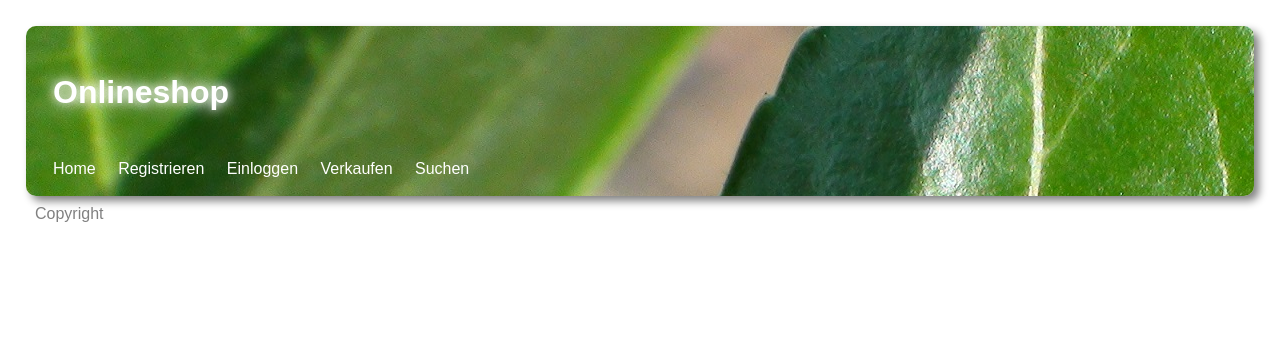
Repository: schoenfinkeln/onlineshopEE
Page: onlineshop-war/WebContent/index.html
An editor plug-in stored every save of this project. The page is shown before and after the next save, followed by the edit.
The browser window is 1280 px wide. The pictures show the whole page.

Above is the page before, as saved 2016-10-05 05:49:40.

### onlineshop-war/WebContent/index.html
<!DOCTYPE html>
<html>
    <head>
        <meta charset="UTF-8"/>
	<link rel="stylesheet" href="resources/css/styles.css">
       <title>Onlineshop</title>
    </head>
    <body>
        <header>
            <hgroup>
            <h1 class="title">Onlineshop</h1>
            </hgroup>
            <nav>
              <a href="index.html">Home</a>
              <a href="register.html">Registrieren</a>
              <a href="signin.html">Einloggen</a>
              <a href="sell.html">Verkaufen</a>
              <a href="search.html">Suchen</a>
            </nav>
	</header>

	<footer>
            Copyright
	</footer>
    </body>
</html>

### onlineshop-war/WebContent/resources/css/styles.css
* {
  font-family: sans-serif;
  padding: 9px;
  color: gray;
}
body > header {
  background: url("../img/tau.jpg");
  border-radius: 10px;
  box-shadow: 5px 5px 9px gray;
}
a {
  color: white;
  text-decoration: none;
}
a:hover, h1.title {
  color: white;
  text-shadow: 0 0 10px white, 0 0 20px white;
}

After the next save:
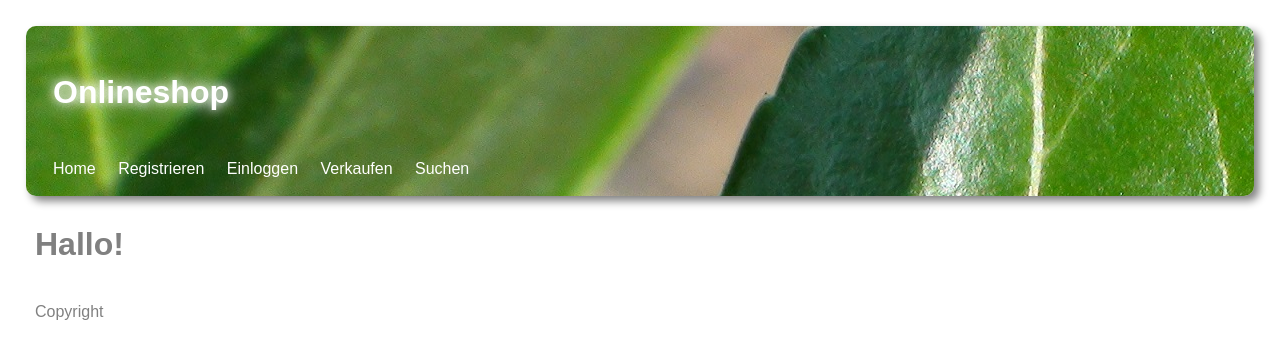
Saved 2 min 56 s later.
--- a/onlineshop-war/WebContent/index.html
+++ b/onlineshop-war/WebContent/index.html
@@ -18,7 +18,7 @@
               <a href="search.html">Suchen</a>
             </nav>
 	</header>
-
+	<h1>Hallo!</h1>
 	<footer>
             Copyright
 	</footer>
